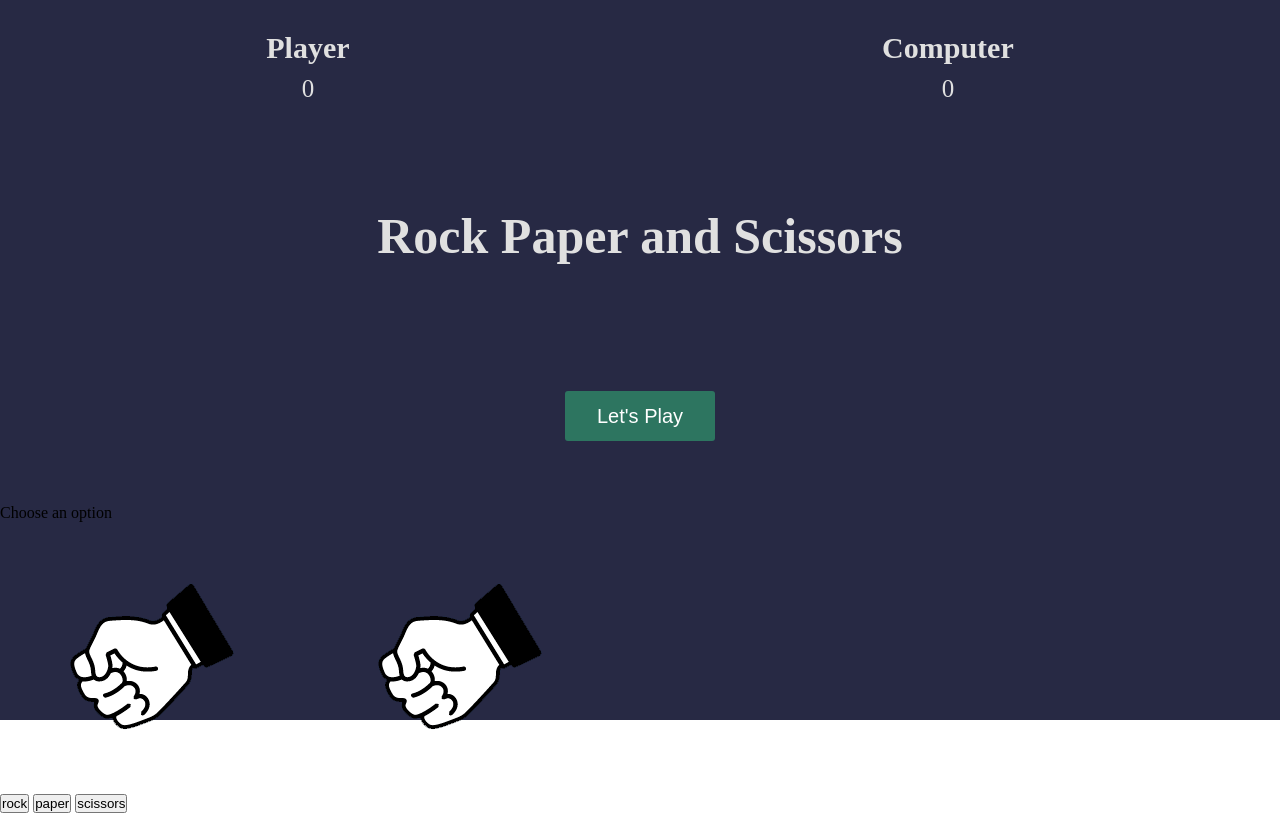
Repository: issaRan/Rock-Paper-Scissors
Page: index.html
An editor plug-in stored every save of this project. The page is shown before and after the next save, followed by the edit.
The browser window is 1280 px wide. The pictures show the whole page.

Above is the page before, as saved 2020-10-23 22:35:44.

### index.html
<!DOCTYPE html>
<html lang="en">
<head>
    <meta charset="UTF-8">
    <meta name="viewport" content="width=device-width, initial-scale=1.0">
    <title>Rock Paper Scissors</title>
    <link rel="stylesheet" href="./style.css">
    <script src="app.js"></script>
</head>
<body>
    <section class="game">
        <div class="score">
            <div class="player-score">
                <h2>Player</h2>
                <p>0</p>
            </div>
            <div class="computer-score">
                <h2>Computer</h2>
                <p>0</p>
            </div>
        </div>
        <div class="intro">
            <h1>Rock Paper and Scissors</h1>
            <button>Let's Play</button>
        </div>
        <div class="match">
            <div class="winner">Choose an option</div>
            <div class="hands">
                <img class="player-hand" src="assets/rock.png" alt="">
                <img class="computer-hand" src="assets/rock.png" alt="">
            </div>
            <div class="option"></div>
                <button class="rock">rock</button>
                <button class="paper">paper</button>
                <button class="scissors">scissors</button>
        </div>
    </section>
</body>
</html>

### style.css
*{
    margin: 0;
    padding: 0;
    box-sizing: border-box;
}

section{
    height: 100vh;
    background-color: rgba(39, 41, 68);
    font-family: 'Times New Roman', Times, serif;
}
.score{
    color: rgba(224, 224, 224);
    height: 20vh;
    display: flex;
    justify-content: space-around;
    align-items: center;
}
.score h2 {
    font-size: 30px;
}
.score p {
    text-align: center;
    padding: 10px;
    font-size: 25px;
}

.intro {
    color: rgba(224, 224, 224);
    height: 50vh;
    flex-direction: column;
    display: flex;
    align-items: center;
    justify-content: space-around;
}
.intro h1 {
    font-size: 50px;
}
.intro button {
    width: 150px;
    height: 50px;
    background: none;
    border: none;
    color: white;
    font-size: 20px;
    background-color: rgb(45,117,96);
    border-radius: 3px;
}

Loaded but not shown: app.js (no copy from this time; the picture is the same without it)

After the next save:
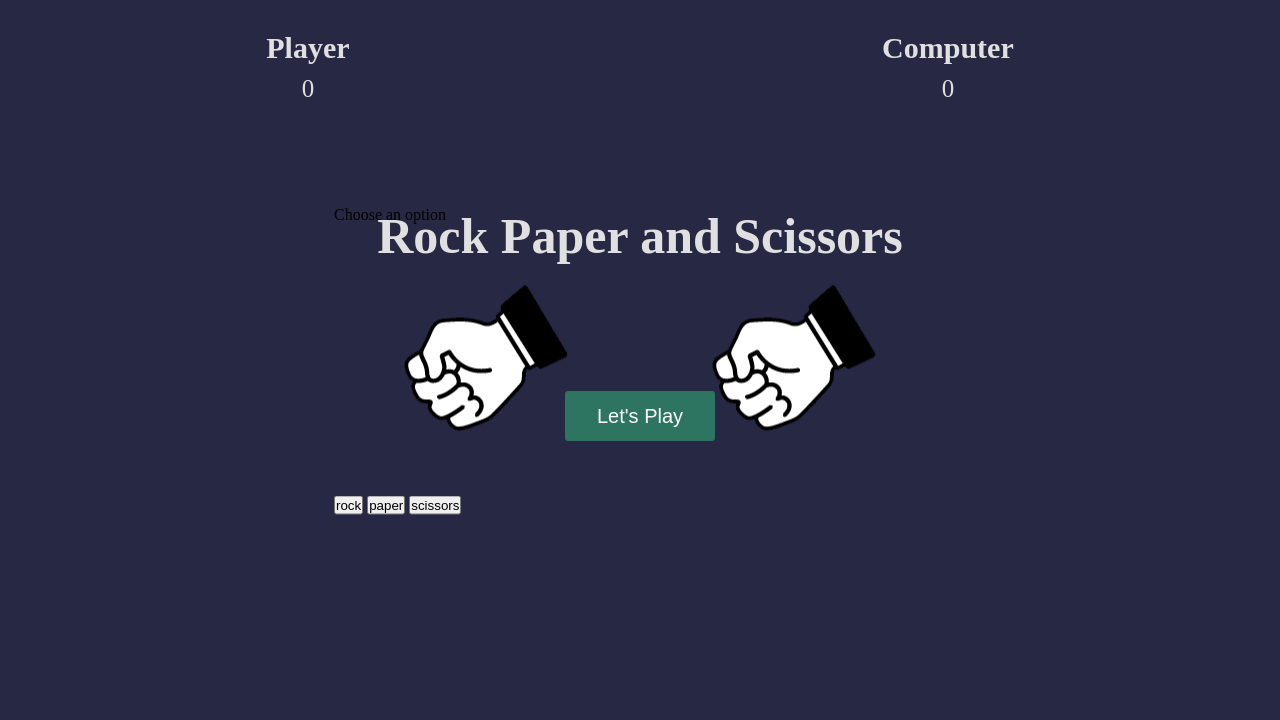
Saved 67 s later.
--- a/style.css
+++ b/style.css
@@ -46,3 +46,10 @@ section{
     background-color: rgb(45,117,96);
     border-radius: 3px;
 }
+
+.match {
+    position: absolute;
+    top: 50%;
+    left: 50%;
+    transform: translate(-50%,-50%);
+}
